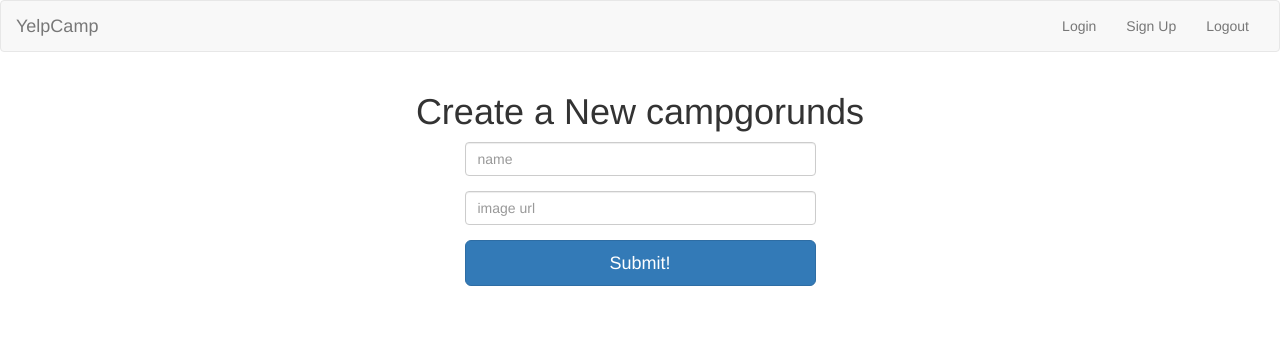
Repository: gtxDaniel/Web-development
Page: http://localhost/campgrounds/new
The author's editor kept a record of every edit. The page is drawn from the files as they stood at one moment, then again after the next edit.
The browser window is 1280 px wide. The pictures show the whole page.
The page is served by the project's Node server (YelpCamp/v1/app.js).

Above is the page before.

### web-development/workspace/YelpCamp/v1/views/new.ejs
<% include partials/header %>
<div class = "container">
    <div class = 'row'>
        <h1 style = 'text-align:center'>Create a New campgorunds</h1>
        <div style = 'width: 30%; margin: 0 auto'>
            <form action = '/campgrounds' method = "POST">
                <div class = 'form-group'>
                     <input class ="form-control" type = 'text' name = 'name' placeholder = 'name'>
                </div>

               <div class ='form-group'>
                   <input class ="form-control" type = 'text' name = 'image' placeholder = 'image url'>
               </div>

               <div class='form-group'>
                   <button class = 'btn btn-lg btn-primary btn-block'>Submit!</button>
               </div>

            </form>
        </div>


    </div>
</div>
<% include partials/footer %>

### web-development/workspace/YelpCamp/v1/views/partials/header.ejs
<!DOCTYPE html>
<html>
    <head>
        <title>YelpCamp</title>
        <link rel="stylesheet" href="https://maxcdn.bootstrapcdn.com/bootstrap/3.3.7/css/bootstrap.min.css" integrity="sha384-BVYiiSIFeK1dGmJRAkycuHAHRg32OmUcww7on3RYdg4Va+PmSTsz/K68vbdEjh4u" crossorigin="anonymous">
    </head>
    <body>
        <nav class='navbar navbar-default'>
            <div class = 'container-fluid'>
                <div class = 'navbar-header'>
                    <a class='navbar-brand' href='/'>YelpCamp</a>
                </div>
                <div class="collapse navbar-collapse">
                    <ul class= 'nav navbar-nav navbar-right'>
                        <li><a href = "/">Login</a></li>
                        <li><a href = "/">Sign Up</a></li>
                        <li><a href = "/">Logout</a></li>
                    </ul>
                </div>
            </div>
        </nav>

### web-development/workspace/YelpCamp/v1/app.js
var express = require("express");
var app = express();
var bodyParser = require('body-parser');

app.use(bodyParser.urlencoded({extended: true}));
app.set('view engine', 'ejs');

var campgrounds = [
        {name: 'First', image: 'https://farm9.staticflickr.com/8442/7962474612_bf2baf67c0.jpg'},
        {name: 'Second', image: "https://ak4.picdn.net/shutterstock/videos/20733094/thumb/1.jpg"},
        {name: 'Third', image: "https://thefinanser.com/wp-content/uploads/2019/03/Camp.jpg"},
        {name: 'First', image: 'https://farm9.staticflickr.com/8442/7962474612_bf2baf67c0.jpg'},
        {name: 'Second', image: "https://ak4.picdn.net/shutterstock/videos/20733094/thumb/1.jpg"},
        {name: 'Third', image: "https://thefinanser.com/wp-content/uploads/2019/03/Camp.jpg"}
    ]

app.get('/', function(req, res){
    res.render('landing');
})

app.get('/campgrounds', function(req, res){

        res.render('campgrounds', {campgrounds: campgrounds});
})

app.get('/campgrounds/new', function(req, res) {
    res.render('new.ejs');
})

app.post('/campgrounds', function(req, res){
    // get data from form and add to campgorunds array
    // redircet
    var name = req.body.name;
    var image = req.body.image;
    var newCampground = {name: name, image: image};
    campgrounds.push(newCampground);
    res.redirect('/campgrounds');

})


app.listen(process.env.PORT, process.env.IP, function(){
    console.log("started");
})

Loaded but not shown: web-development/workspace/YelpCamp/v1/views/partials/footer.ejs (common file)

After the next edit:
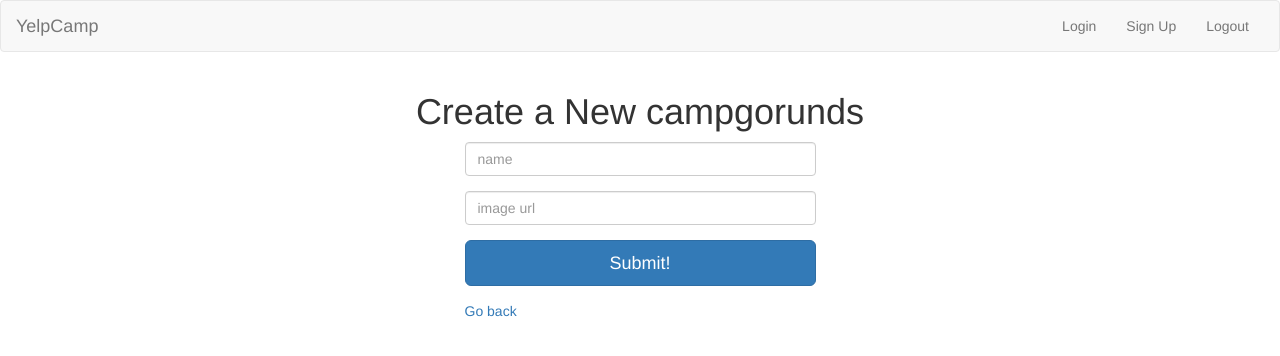
The edit:
--- a/web-development/workspace/YelpCamp/v1/views/new.ejs
+++ b/web-development/workspace/YelpCamp/v1/views/new.ejs
@@ -17,6 +17,7 @@
                </div>
 
             </form>
+                    <a href = '/campgrounds'>Go back</a>
         </div>
 
 
